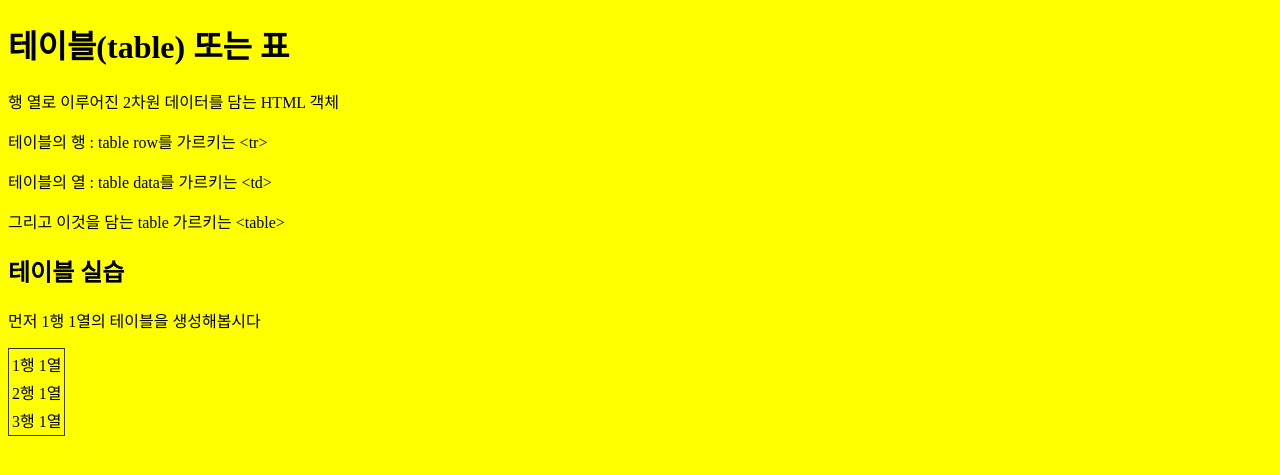
Repository: kmh9964/view
Page: workspace/studyhtml5/src/main/webapp/docs/first.html
An editor plug-in stored every save of this project. The page is shown before and after the next save, followed by the edit.
The browser window is 1280 px wide. The pictures show the whole page.

Above is the page before, as saved 2022-12-15 05:54:31.

After the next save:
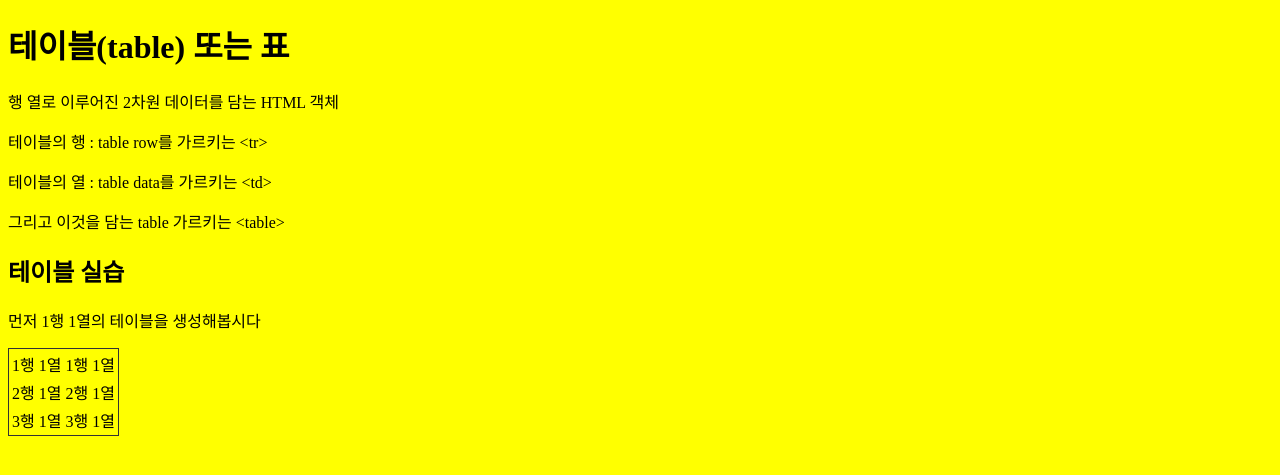
Saved 3 min 54 s later.
--- a/workspace/studyhtml5/src/main/webapp/docs/first.html
+++ b/workspace/studyhtml5/src/main/webapp/docs/first.html
@@ -16,13 +16,13 @@
 
 	<table>
 		<tr>
-			<td>1행 1열</td>
+			<td>1행 1열</td><td>1행 1열</td>
 		</tr>
 		<tr>
-			<td>2행 1열</td>
+			<td>2행 1열</td><td>2행 1열</td>
 		</tr>
 		<tr>
-			<td>3행 1열</td>
+			<td>3행 1열</td><td>3행 1열</td>
 		</tr>
 	</table>
 
